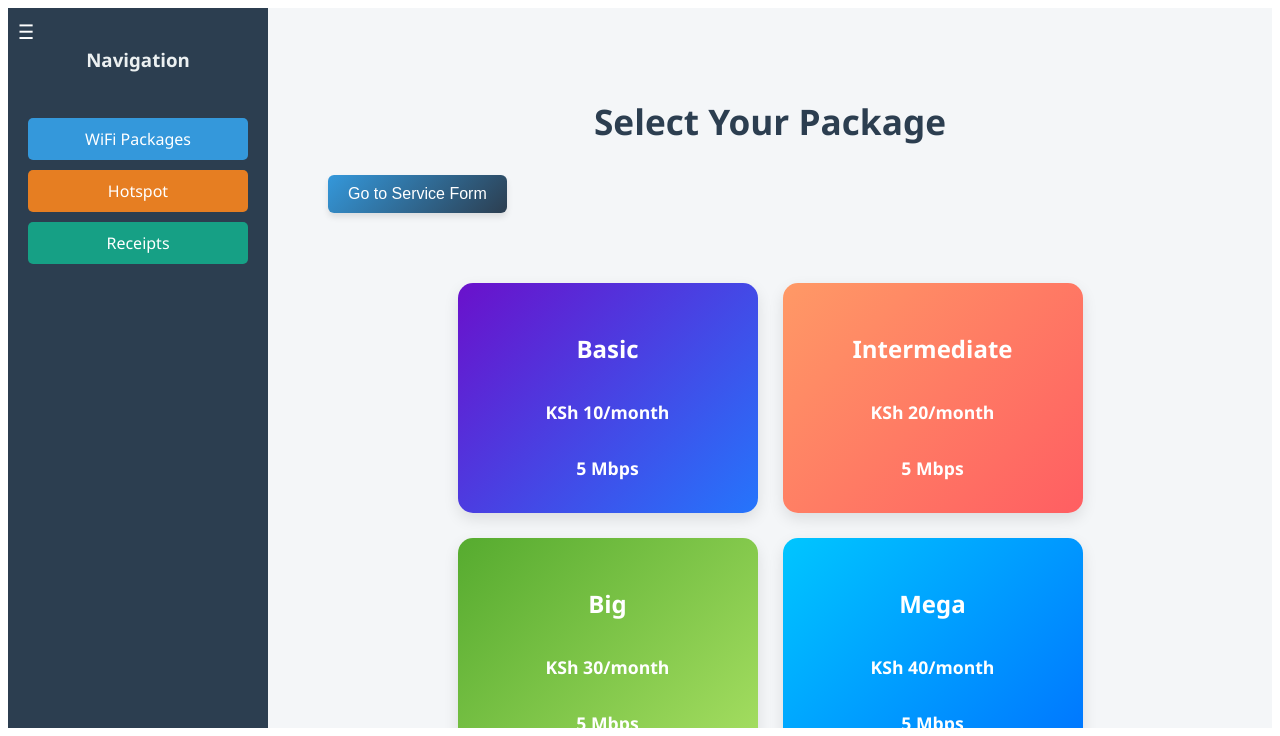
Repository: rachel648/system_Bill
Page: /packages (app in client/)
The author's editor kept a copy of each file at every save. The page is drawn from the files as they stood at one save, then again after the next save.
The browser window is 1280 px wide. The pictures show the whole page.
The page's requests for data from a server got no answer. An inner scrolling area shows only its first screen. The project was rebuilt for these pictures with package versions that can differ from the ones it lists, and the page was loaded fresh each time. No one was signed in, and anything a server would have sent is missing. Also part of the build but not shown: client/src/components/ServiceForm.js, client/src/Hotspot.css, client/src/Hotspot.js, client/src/admin.js. Imported but missing from the stored project, and not drawn on this page: client/src/Receipts.

Above is the page before, as saved 2025-07-10 22:37:10.

After the next save:
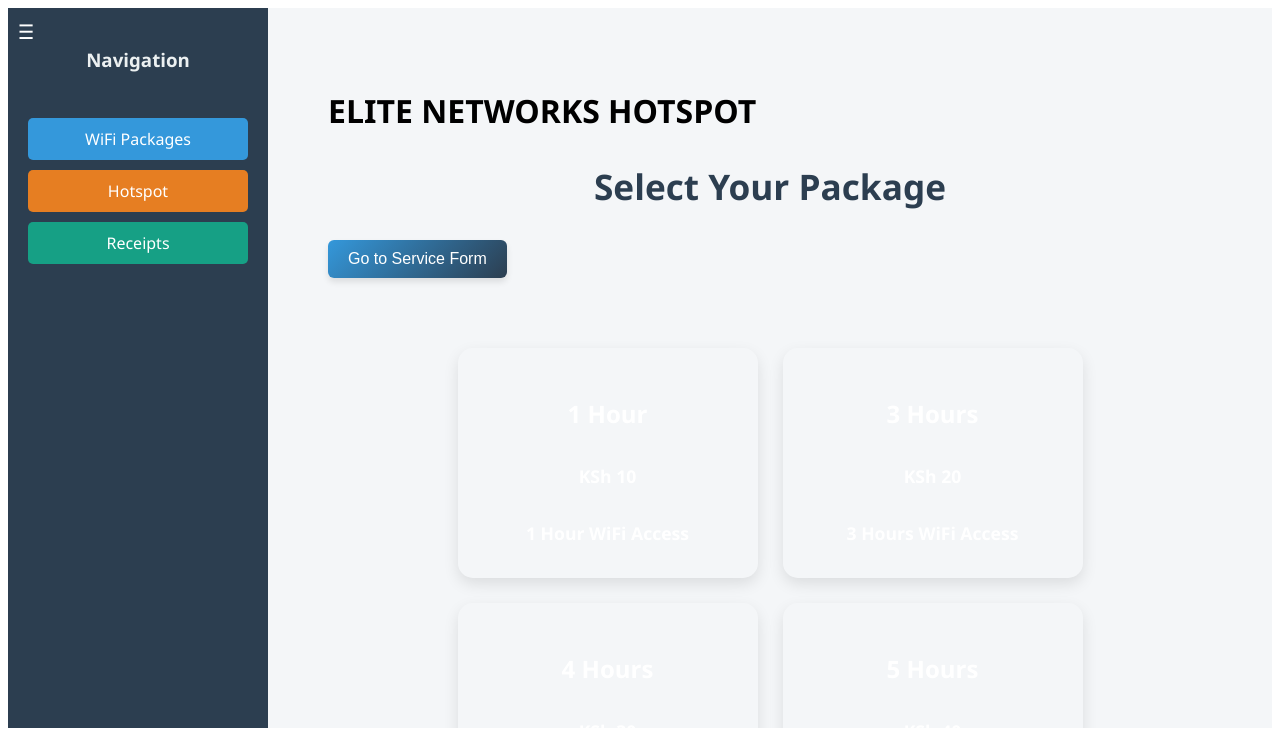
Saved 6 min 45 s later.
--- a/client/src/Packages.js
+++ b/client/src/Packages.js
@@ -3,12 +3,12 @@
 import './Packages.css';
 
 const packagePrices = {
-  Basic: 10,
-  Intermediate: 20,
-  Big: 30,
-  Mega: 40,
-  Super: 50,
-  DayOffer: 80
+  '1 Hour': 10,
+  '3 Hours': 20,
+  '4 Hours': 30,
+  '5 Hours': 40,
+  '24 Hours': 50,
+  'Day Offer': 80
 };
 
 const API_BASE_URL = process.env.NODE_ENV === 'production'
@@ -111,6 +111,7 @@
 
   return (
     <div className="container">
+      <h1 className="main-title">ELITE NETWORKS HOTSPOT</h1>
       <h2 className="heading">Select Your Package</h2>
 
       <button
@@ -123,10 +124,14 @@
 
       <div className="card-container">
         {Object.keys(packagePrices).map((pkg) => (
-          <div key={pkg} className={`card ${pkg.toLowerCase()}-card`} onClick={() => handleCardClick(pkg)}>
+          <div key={pkg} className={`card ${pkg.toLowerCase().replace(' ', '-')}-card`} onClick={() => handleCardClick(pkg)}>
             <h3>{pkg}</h3>
-            <p>KSh {packagePrices[pkg].toLocaleString()}/month</p>
-            <p>{pkg === 'Basic' ? '5' : pkg === 'Intermediate' ? '5' : pkg === 'Big' ? '5' : '5'} Mbps</p>
+            <p>KSh {packagePrices[pkg].toLocaleString()}</p>
+            <p>{pkg === '1 Hour' ? '1' :
+                pkg === '3 Hours' ? '3' :
+                pkg === '4 Hours' ? '4' :
+                pkg === '5 Hours' ? '5' :
+                pkg === '24 Hours' ? '24' : 'Special'} Hour{pkg === '1 Hour' ? '' : 's'} WiFi Access</p>
           </div>
         ))}
       </div>

After the save that followed:
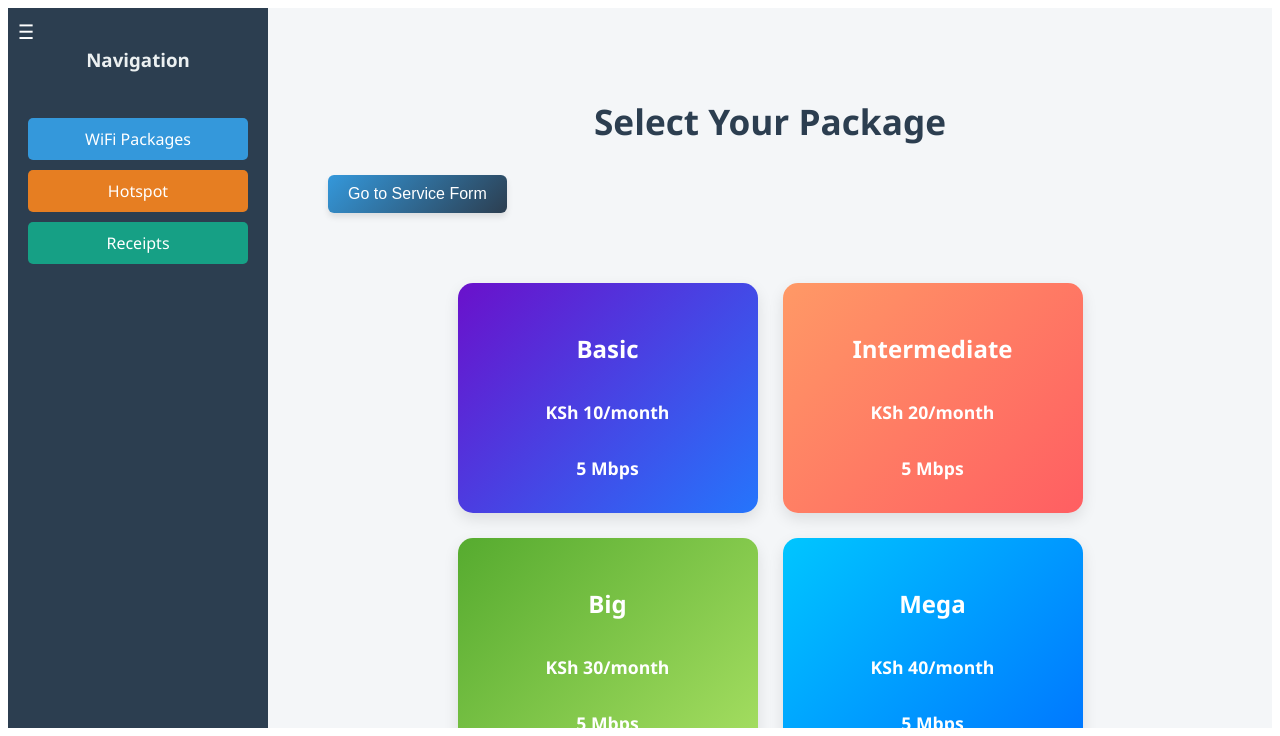
Saved 40 s later.
--- a/client/src/Packages.js
+++ b/client/src/Packages.js
@@ -3,12 +3,12 @@
 import './Packages.css';
 
 const packagePrices = {
-  '1 Hour': 10,
-  '3 Hours': 20,
-  '4 Hours': 30,
-  '5 Hours': 40,
-  '24 Hours': 50,
-  'Day Offer': 80
+  Basic: 10,
+  Intermediate: 20,
+  Big: 30,
+  Mega: 40,
+  Super: 50,
+  DayOffer: 80
 };
 
 const API_BASE_URL = process.env.NODE_ENV === 'production'
@@ -111,7 +111,6 @@
 
   return (
     <div className="container">
-      <h1 className="main-title">ELITE NETWORKS HOTSPOT</h1>
       <h2 className="heading">Select Your Package</h2>
 
       <button
@@ -124,14 +123,10 @@
 
       <div className="card-container">
         {Object.keys(packagePrices).map((pkg) => (
-          <div key={pkg} className={`card ${pkg.toLowerCase().replace(' ', '-')}-card`} onClick={() => handleCardClick(pkg)}>
+          <div key={pkg} className={`card ${pkg.toLowerCase()}-card`} onClick={() => handleCardClick(pkg)}>
             <h3>{pkg}</h3>
-            <p>KSh {packagePrices[pkg].toLocaleString()}</p>
-            <p>{pkg === '1 Hour' ? '1' :
-                pkg === '3 Hours' ? '3' :
-                pkg === '4 Hours' ? '4' :
-                pkg === '5 Hours' ? '5' :
-                pkg === '24 Hours' ? '24' : 'Special'} Hour{pkg === '1 Hour' ? '' : 's'} WiFi Access</p>
+            <p>KSh {packagePrices[pkg].toLocaleString()}/month</p>
+            <p>{pkg === 'Basic' ? '5' : pkg === 'Intermediate' ? '5' : pkg === 'Big' ? '5' : '5'} Mbps</p>
           </div>
         ))}
       </div>
